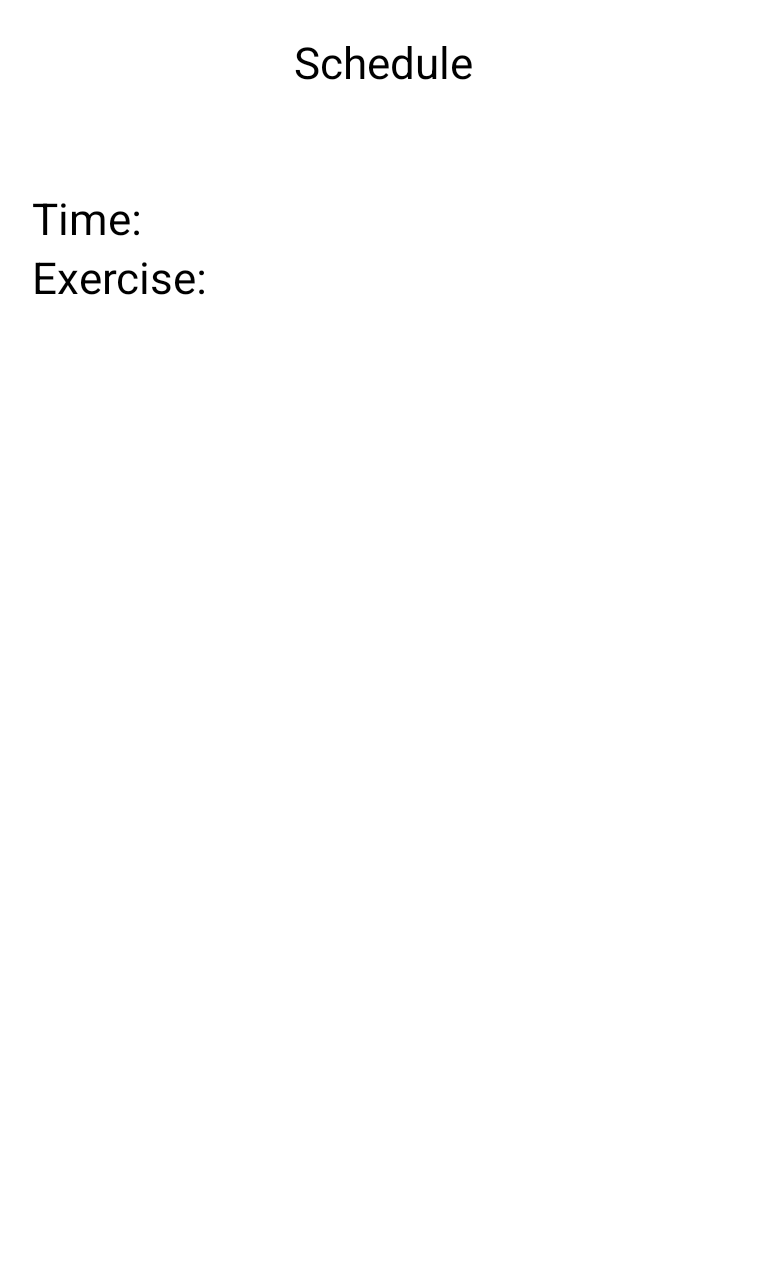
Repository: zi-yang-zhang/ECSE424-Group8
Layout: Hi Fi Prototype/ReHand/ReHand/res/layout/activity_schedule_page.xml
An editor plug-in stored every save of this project. The layout is shown before and after the next save, followed by the edit.
It is drawn on a 768 x 1280 px phone screen (xhdpi) without system bars, with theme AppTheme; the app's code is not run.

Above is the layout before, as saved 2014-02-20 04:53:45.

After the next save:
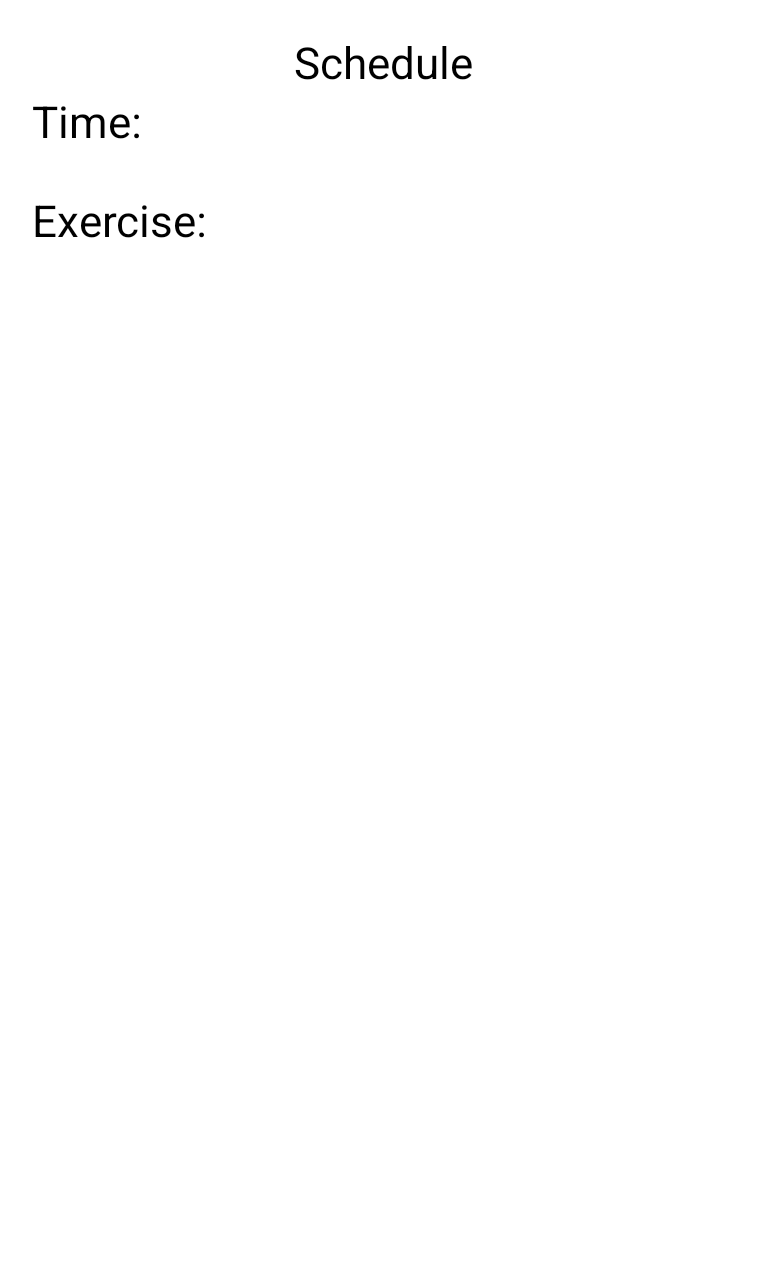
Saved 12 s later.
--- a/Hi Fi Prototype/ReHand/ReHand/res/layout/activity_schedule_page.xml
+++ b/Hi Fi Prototype/ReHand/ReHand/res/layout/activity_schedule_page.xml
@@ -9,12 +9,20 @@
     tools:context=".SchedulePage" >
 
     <TextView
+        android:id="@+id/textView3"
+        android:layout_width="wrap_content"
+        android:layout_height="wrap_content"
+        android:layout_alignParentTop="true"
+        android:layout_centerHorizontal="true"
+        android:text="@string/schedule"
+        android:textAppearance="?android:attr/textAppearanceLarge" />
+
+    <TextView
         android:id="@+id/textView1"
         android:layout_width="wrap_content"
         android:layout_height="wrap_content"
-        android:layout_alignParentLeft="true"
-        android:layout_alignParentTop="true"
-        android:layout_marginTop="78dp"
+        android:layout_alignLeft="@+id/textView2"
+        android:layout_below="@+id/textView3"
         android:text="@string/schedule_time"
         android:textAppearance="?android:attr/textAppearanceLarge" />
 
@@ -24,16 +32,8 @@
         android:layout_height="wrap_content"
         android:layout_alignParentLeft="true"
         android:layout_below="@+id/textView1"
+        android:layout_marginTop="20dp"
         android:text="@string/schedule_exercise"
         android:textAppearance="?android:attr/textAppearanceLarge" />
 
-    <TextView
-        android:id="@+id/textView3"
-        android:layout_width="wrap_content"
-        android:layout_height="wrap_content"
-        android:layout_alignParentTop="true"
-        android:layout_centerHorizontal="true"
-        android:text="@string/schedule"
-        android:textAppearance="?android:attr/textAppearanceLarge" />
-
 </RelativeLayout>
